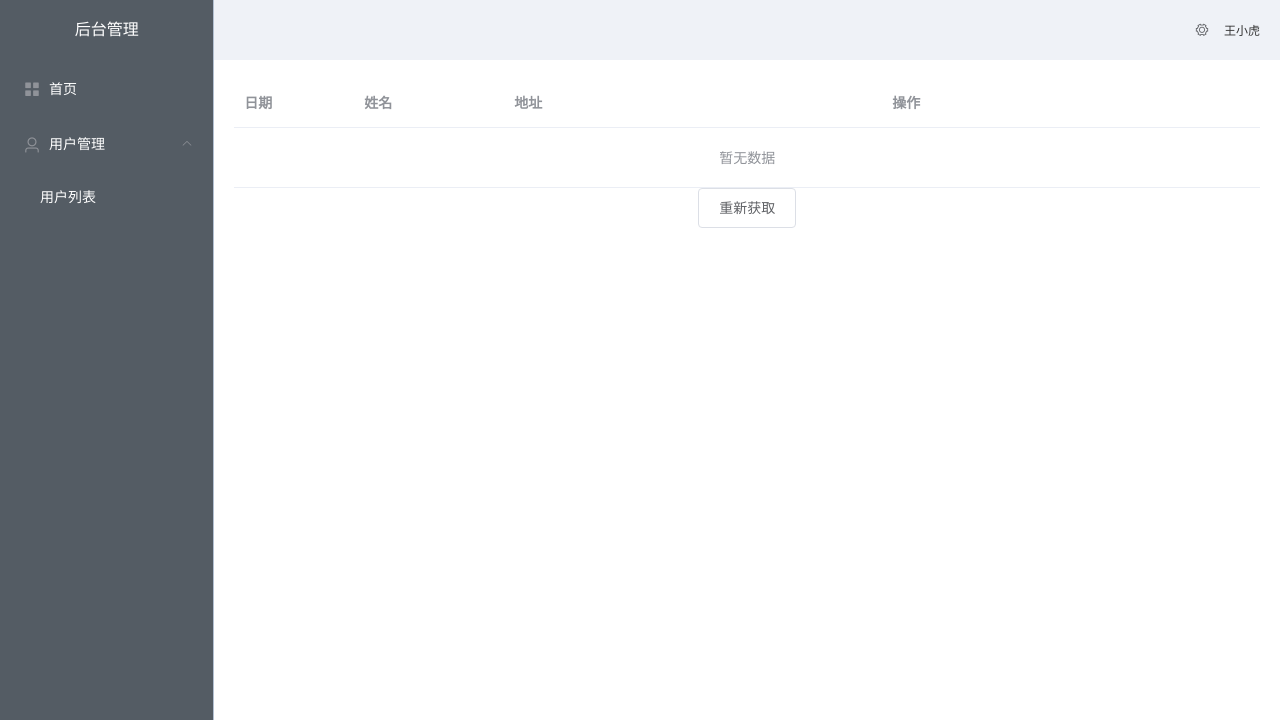
Repository: cmw520520/admin_vue
Page: /#/user/userlist
An editor plug-in stored every save of this project. The page is shown before and after the next save, followed by the edit.
The browser window is 1280 px wide. The pictures show the whole page.
The page's requests for data from a server got no answer. The project was rebuilt for these pictures with package versions that can differ from the ones it lists, and the page was loaded fresh each time. No one was signed in, and anything a server would have sent is missing. Also part of the build but not shown: src/page/home/Home.vue, example/Echart.vue.

Above is the page before, as saved 2019-07-03 09:41:21.

After the next save:
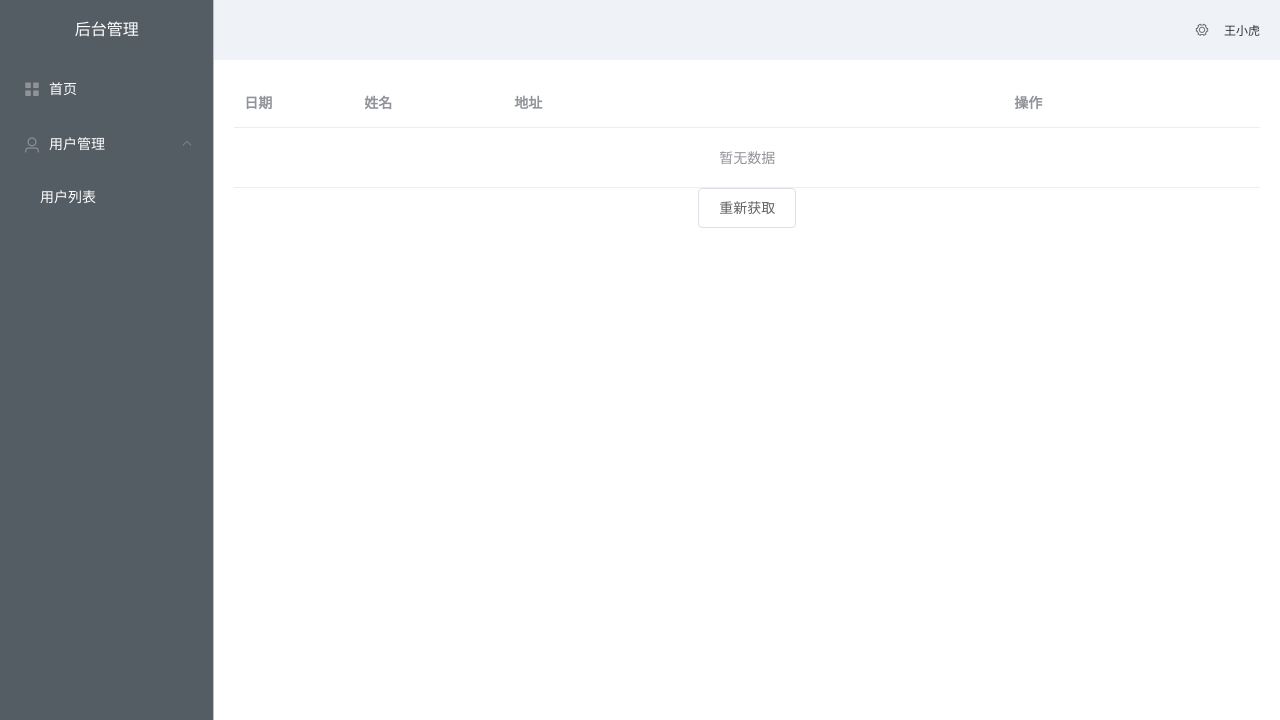
Saved 10 s later.
--- a/src/page/user/UserList.vue
+++ b/src/page/user/UserList.vue
@@ -4,7 +4,7 @@
         <el-table v-if="userList" :data="userList" style="width:100%;">
             <el-table-column prop="date" label="日期" width="120"></el-table-column>
             <el-table-column prop="name" label="姓名" width="150"></el-table-column>
-            <el-table-column prop="address" label="地址"></el-table-column>
+            <el-table-column prop="address" label="地址" width=500></el-table-column>
             <el-table-column label="操作">
             <template slot-scope="scope">
               <el-button
